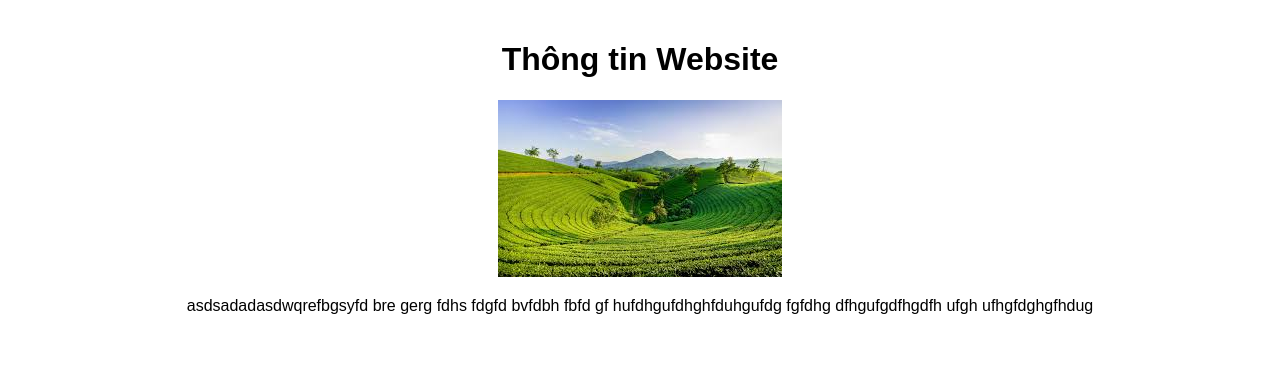
Repository: Thonghehe/Lab2_Web106
Page: Buoi2/l21.html
These files come from the project's save history. The page is drawn as it stood at one moment and after the next save; the edit follows.
The browser window is 1280 px wide. The pictures show the whole page.

Above is the page before, as saved 2024-03-13 21:40:30.

### Buoi2/l21.html
<!DOCTYPE html>
<html lang="en">

<head>
    <meta charset="UTF-8">
    <meta name="viewport" content="width=device-width, initial-scale=1.0">
    <title>Document</title>
    <style>
        body {
            font-family: Arial, Helvetica, sans-serif;
            margin: 0;
            padding: 0;
        }

        .container {
            max-width: 100%;
            padding: 20px;
            box-sizing: border-box;
        }

        .content {
            text-align: center;
            margin-bottom: 20px;

        }

        content img {
            max-width: 100%;
            height: auto;
        }

        @media only screen and (max-width:400px) {
            .content {
                font-size: 14px;
            }
        }
    </style>
</head>

<body>
    <div class="container">
        <div class="content">
            <h1>Thông tin Website</h1>
            <img src="./images.jpg" alt="">
            <p>asdsadadasdwqrefbgsyfd bre gerg fdhs fdgfd bvfdbh fbfd gf hufdhgufdhghfduhgufdg fgfdhg dfhgufgdfhgdfh
                ufgh
                ufhgfdghgfhdug</p>
        </div>
    </div>
</body>

</html>

After the next save:
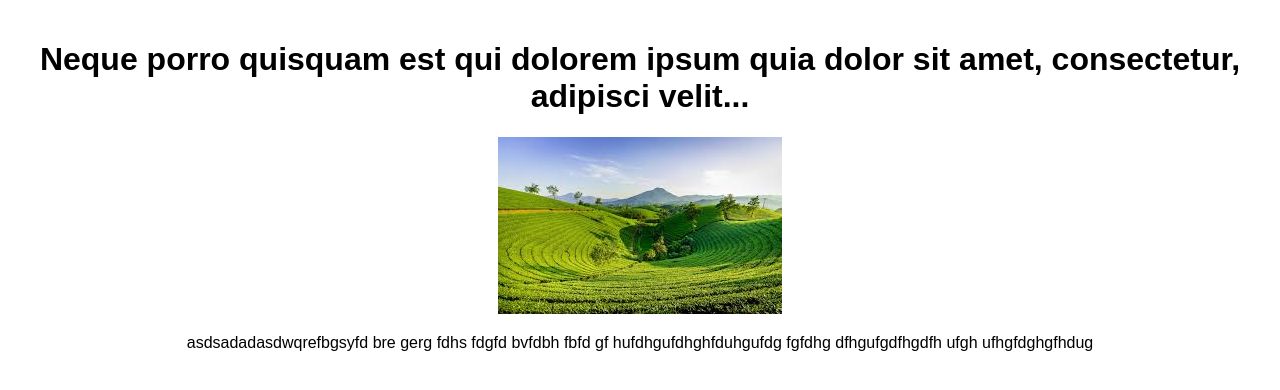
Saved 3 min 59 s later.
--- a/Buoi2/l21.html
+++ b/Buoi2/l21.html
@@ -40,7 +40,7 @@
 <body>
     <div class="container">
         <div class="content">
-            <h1>Thông tin Website</h1>
+            <h1>Neque porro quisquam est qui dolorem ipsum quia dolor sit amet, consectetur, adipisci velit...</h1>
             <img src="./images.jpg" alt="">
             <p>asdsadadasdwqrefbgsyfd bre gerg fdhs fdgfd bvfdbh fbfd gf hufdhgufdhghfduhgufdg fgfdhg dfhgufgdfhgdfh
                 ufgh
